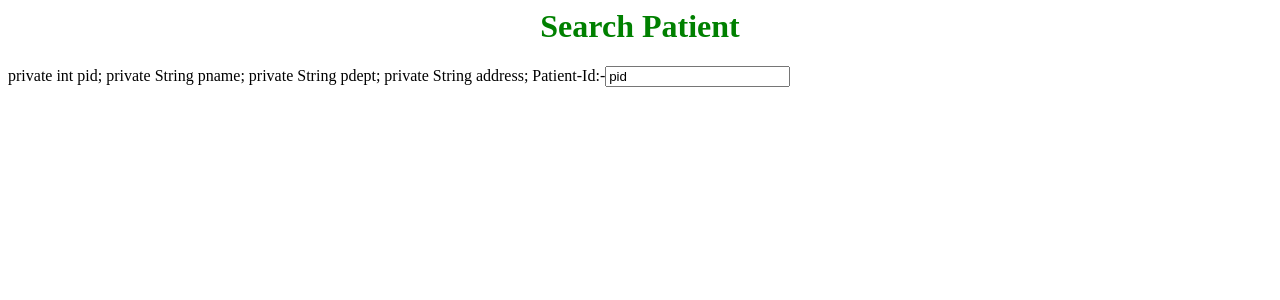
Repository: MDWASIMHAIDER/SpringMvc
Page: http://localhost/MVC-Proj5-AbstractCommandController/WEB-INF/pages/search.jsp
These files come from the project's save history. The page is drawn as it stood at one moment and after the next save; the edit follows.
The browser window is 1280 px wide. The pictures show the whole page.
The page is served by Tomcat 9. Nobody is signed in. The template is opened directly, without the code that normally fills it, so the values that code supplies are empty.

Above is the page before, as saved 2019-07-16 17:42:08.

After the next save:
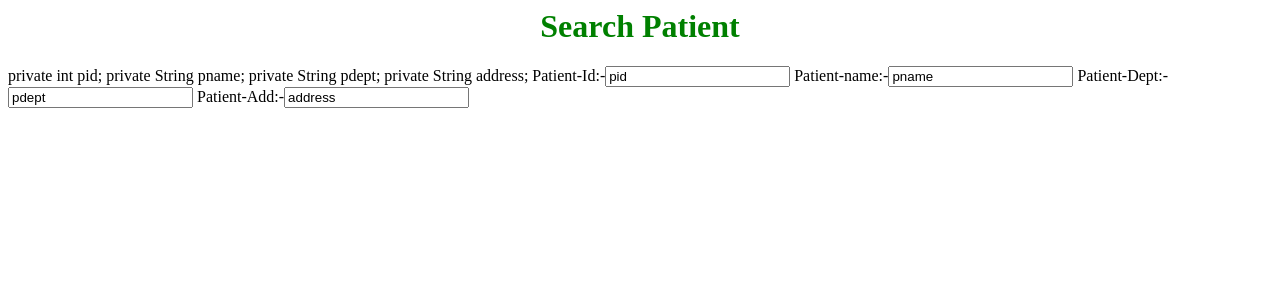
Saved 2 min 7 s later.
--- a/Ntsp711/MVC-Proj5-AbstractCommandController/src/main/webapp/WEB-INF/pages/search.jsp
+++ b/Ntsp711/MVC-Proj5-AbstractCommandController/src/main/webapp/WEB-INF/pages/search.jsp
@@ -8,4 +8,7 @@
 	private String pdept;
 	private String address;
 	Patient-Id:-<input type="text" value="pid"/>
+	Patient-name:-<input type="text" value="pname"/>
+	Patient-Dept:-<input type="text" value="pdept"/>
+	Patient-Add:-<input type="text" value="address"/>
     </form>
